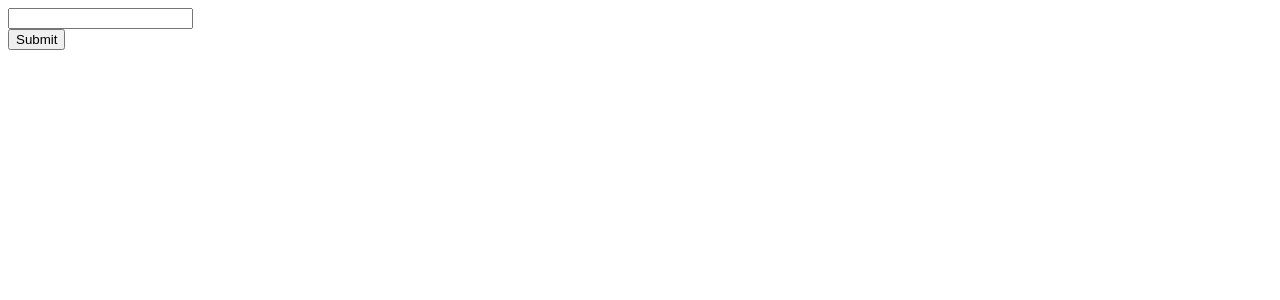
Repository: rakesh27112021/Selflearning-Porjects
Page: http://localhost/JSPDemo1/Hello.jsp
The author's editor kept a copy of each file at every save. The page is drawn from the files as they stood at one save, then again after the next save.
The browser window is 1280 px wide. The pictures show the whole page.
The page is served by Tomcat 9.

Above is the page before, as saved 2021-09-25 14:54:23.

After the next save:
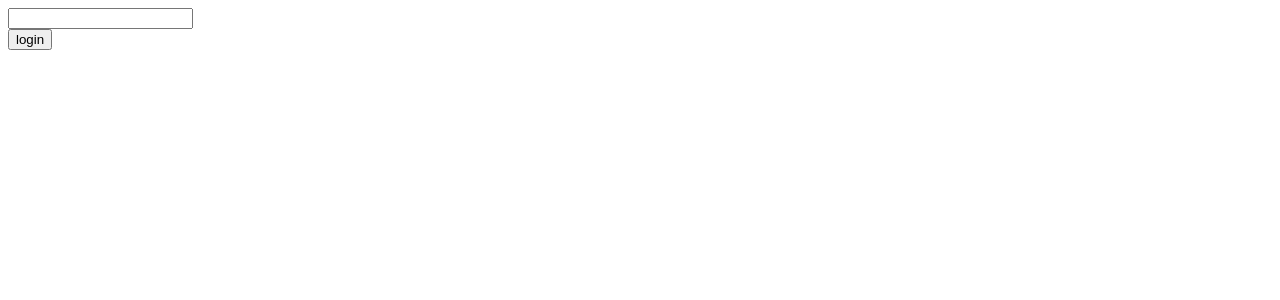
Saved 27 s later.
--- a/JSPDemo1/src/main/webapp/Hello.jsp
+++ b/JSPDemo1/src/main/webapp/Hello.jsp
@@ -9,7 +9,7 @@
 <body>
 <form action=welcomeuser.jsp>
 <input type="text" name="uname"/><br/>
-<input type="submit" name="submit"/>
+<input type="submit" value="login"/>
 
 </form>
 
